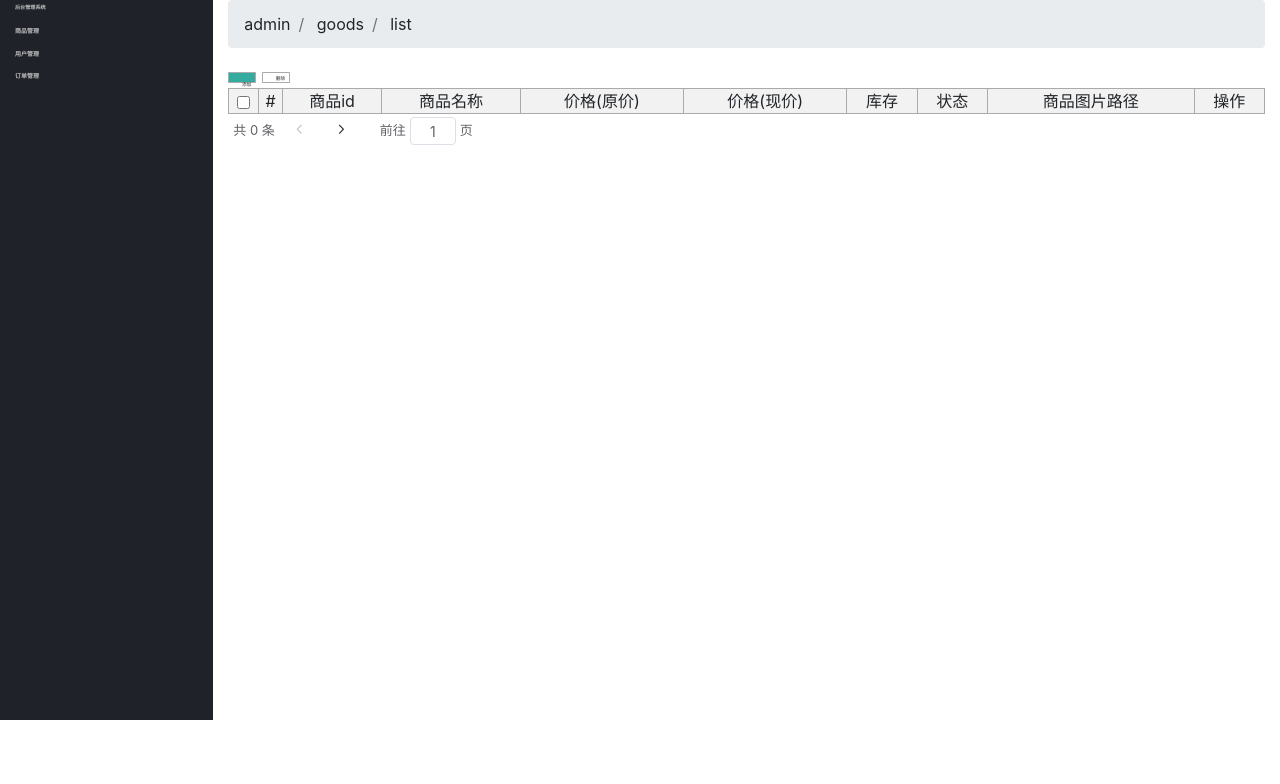
Repository: Rayfang0719/Vue-admin
Page: /admin/goods/list
The author's editor kept a copy of each file at every save. The page is drawn from the files as they stood at one save, then again after the next save.
The browser window is 1280 px wide. The pictures show the whole page.
The page's requests for data from a server got no answer. The project was rebuilt for these pictures with package versions that can differ from the ones it lists, and the page was loaded fresh each time. No one was signed in, and anything a server would have sent is missing. Also part of the build but not shown: vue.config.js, src/pages/login.vue.

Above is the page before, as saved 2019-05-12 18:35:03.

After the next save:
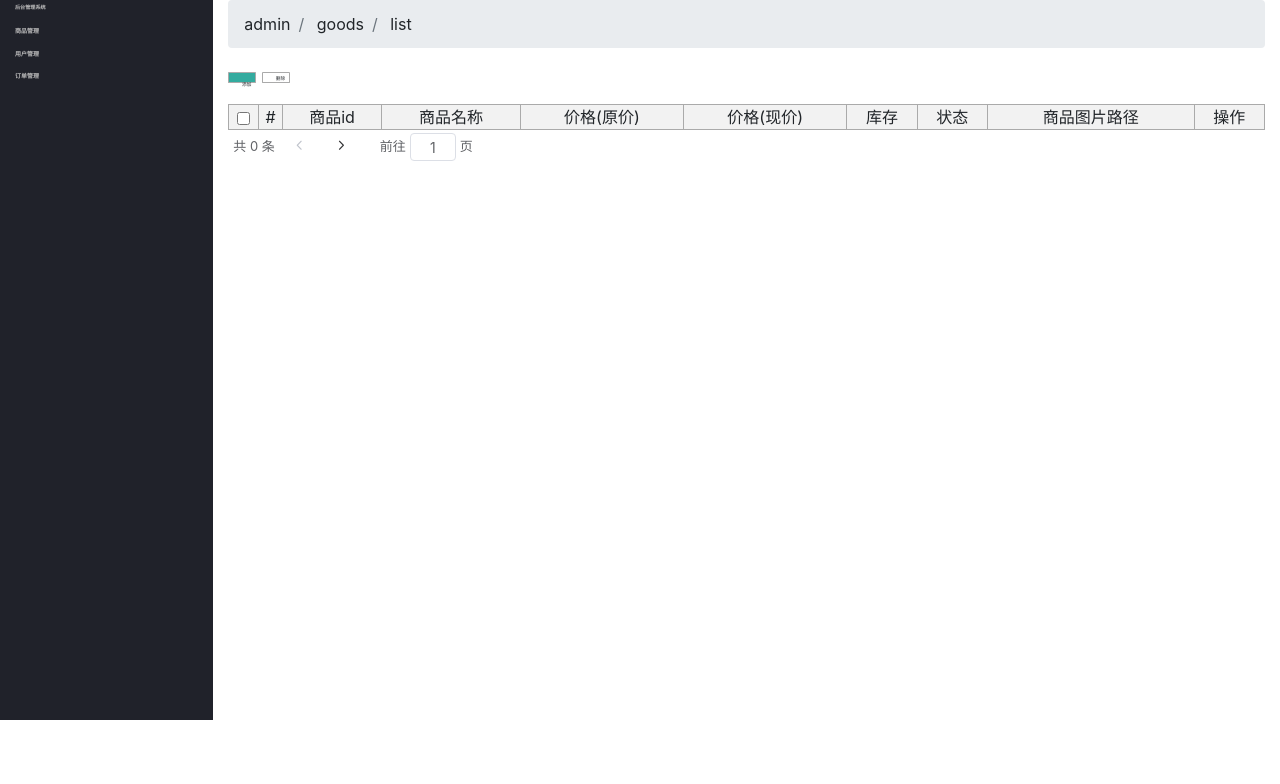
Saved 53 s later.
--- a/src/pages/admin/goods/list.vue
+++ b/src/pages/admin/goods/list.vue
@@ -7,7 +7,7 @@
       </button>
       <button type="button" class="btn btn-sm _delete">删除</button>
     </div>
-    <table>
+    <table style="margin-top:1rem">
       <thead>
         <tr>
           <td>
